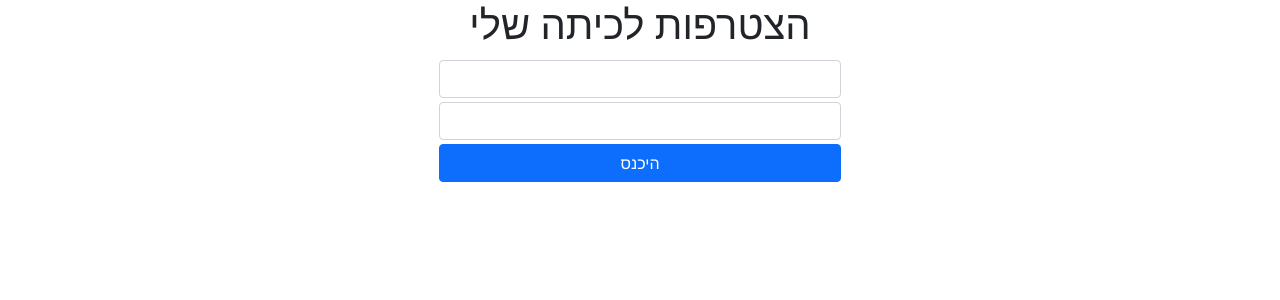
Repository: chaim1989/jbh-javascript-course
Page: public/singup.html
An editor plug-in stored every save of this project. The page is shown before and after the next save, followed by the edit.
The browser window is 1280 px wide. The pictures show the whole page.

Above is the page before, as saved 2021-10-24 17:09:19.

### public/singup.html
<html dir="rtl" lang="he">
    <head>
        <title>MyClass</title>
        <link rel="stylesheet" href="https://cdn.jsdelivr.net/npm/bootstrap@5.1.3/dist/css/bootstrap.min.css">
        <script src="https://cdn.jsdelivr.net/npm/bootstrap@5.1.3/dist/js/bootstrap.min.js"></script>
    </head>
    <body>
        <div class="container-fluid justify-content-center">
            <div class="row justify-content-center">
                <div class="col-12 text-center">
                    <h1>הצטרפות לכיתה שלי </h1>
                </div>
                    <div class="col-4">
                    <div class="row justify-content-center">
                        <div class="col-12 mt-1">
                            <input class="form-control" type='text' id="username">
                        </div>
                        <div class="col-12 mt-1">
                            <input class="form-control" type='password' id="password">
                        </div>
                        <div class="col-12 mt-1">
                            <input class="btn btn-primary w-100" type="button" id="login" value='היכנס'>
                        </div>
                    </div>
                    </div>
                </div>
            </div>
        </div>

        <div>

        </div>

    </body>
    <script src="signup.js" ></script>
</html>

### public/signup.js
document.addEventListener('click', function (event) {
    console.log("click", event);
    if (event.target.id == "login") {
        let user = {
            username: document.getElementById("username").value,
            password: document.getElementById("password").value
        };


        fetch("/login", {
            method: "POST",
            headers: { 'Content-Type': "application/json" },
            body: JSON.stringify(user)
        }).then((response) => {

            console.log(response);

            response.json().then((responsebody) => {
                console.log("responsebody", responsebody)
                if(responsebody.error){
                    alert(responsebody.error);
                }else if(responsebody.user){
                    alert(`משתמש מספר ${responsebody.user.id} התחבר בהצלחה`);
                    // if(responsebody.session_id){
                    //     document.cookie = "session_id=" + responsebody.session_id ;
                    // }
                    window.location = "/userArea.html" ;

                }else{

                }

            });
        })
        console.log("user", user);
    }
})

After the next save:
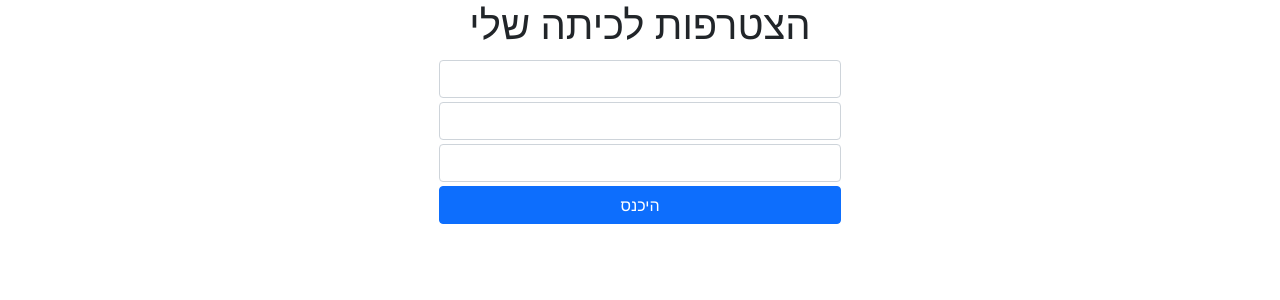
Saved 5 s later.
--- a/public/singup.html
+++ b/public/singup.html
@@ -19,6 +19,9 @@
                             <input class="form-control" type='password' id="password">
                         </div>
                         <div class="col-12 mt-1">
+                            <input class="form-control" type='password' id="password">
+                        </div>
+                        <div class="col-12 mt-1">
                             <input class="btn btn-primary w-100" type="button" id="login" value='היכנס'>
                         </div>
                     </div>
